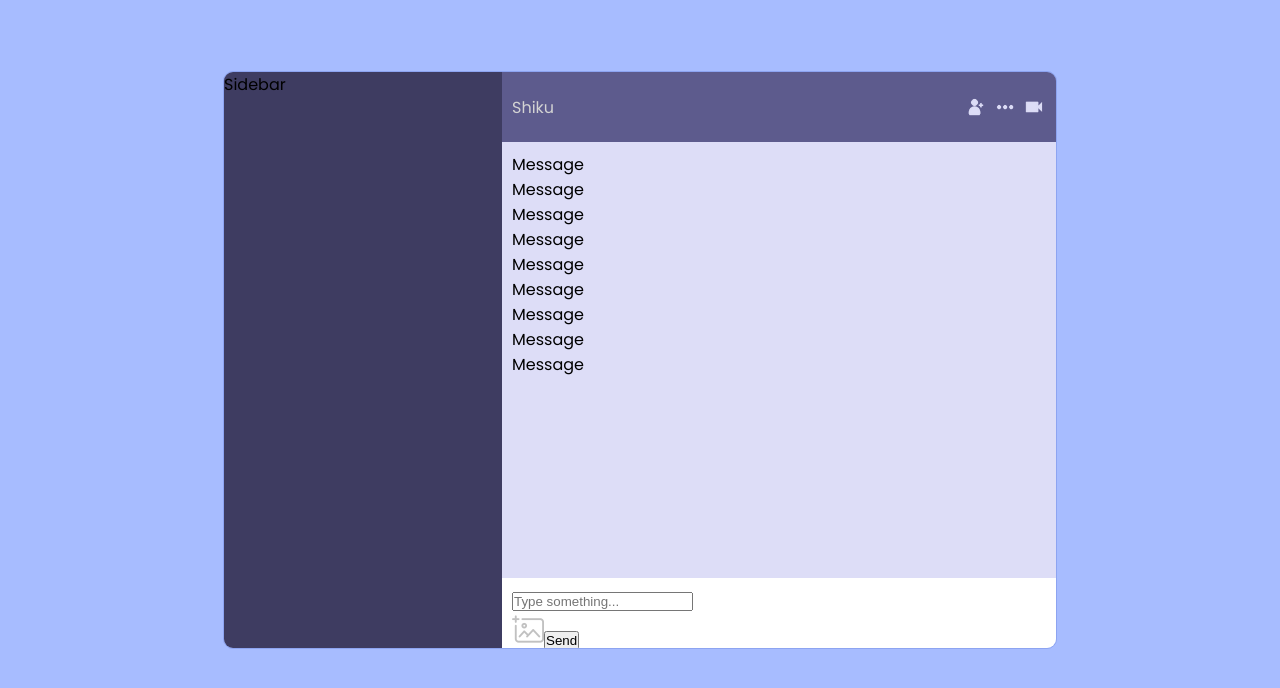
Repository: shikubro90/chatapp
Page: /
An editor plug-in stored every save of this project. The page is shown before and after a run of saves, followed by the edit.
The browser window is 1280 px wide. The pictures show the whole page.
The project was rebuilt for these pictures with package versions that can differ from the ones it lists, and the page was loaded fresh each time. Also part of the build but not shown: src/pages/Login.jsx, src/pages/Register.jsx.

Above is the page before, as saved 2022-09-14 20:28:24.

After the next 2 saves:
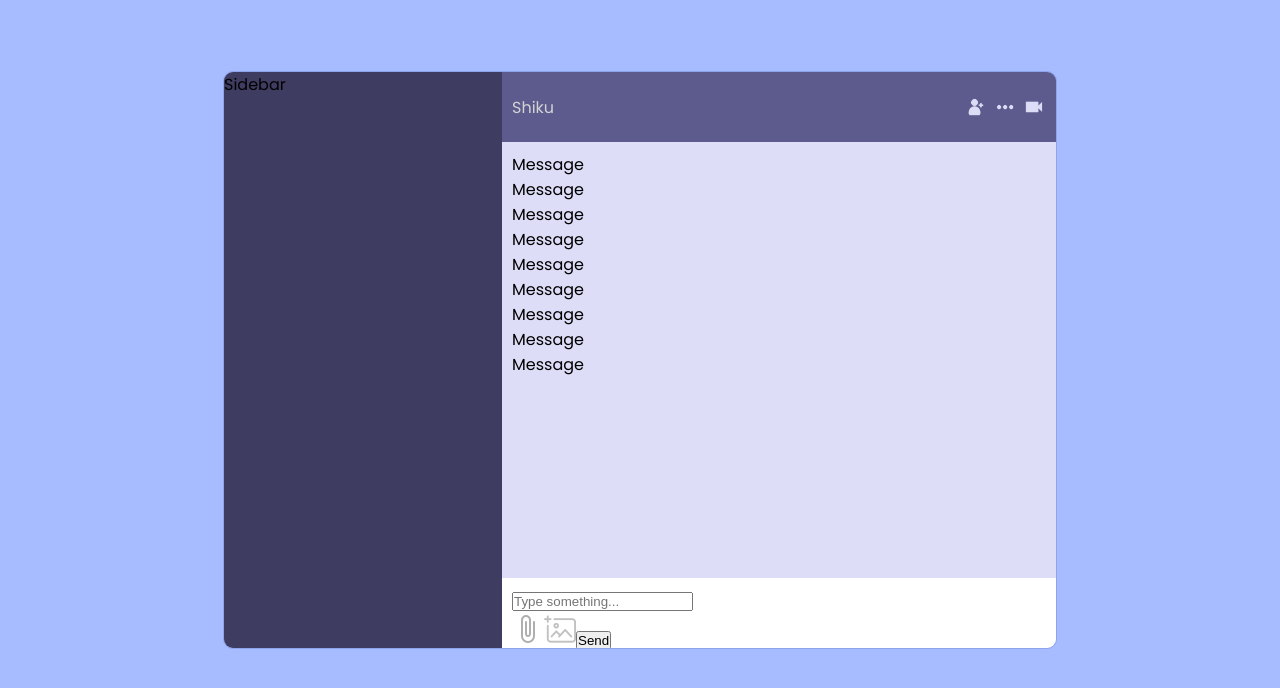
The 2 saves are shown as one change because they came seconds apart.
The last was saved 7 s later.
--- a/src/Components/Input.jsx
+++ b/src/Components/Input.jsx
@@ -6,7 +6,7 @@ const Input = () => {
     <div className='input'>
       <input type="text" placeholder='Type something...' />
       <div className='send'>
-        <img src="" alt="" />
+        <img src={Attach} alt="" />
         <input type="file" style={{display : "none"}} />
         <label htmlFor="file">
           <img src={Img} id='file' alt="" />
